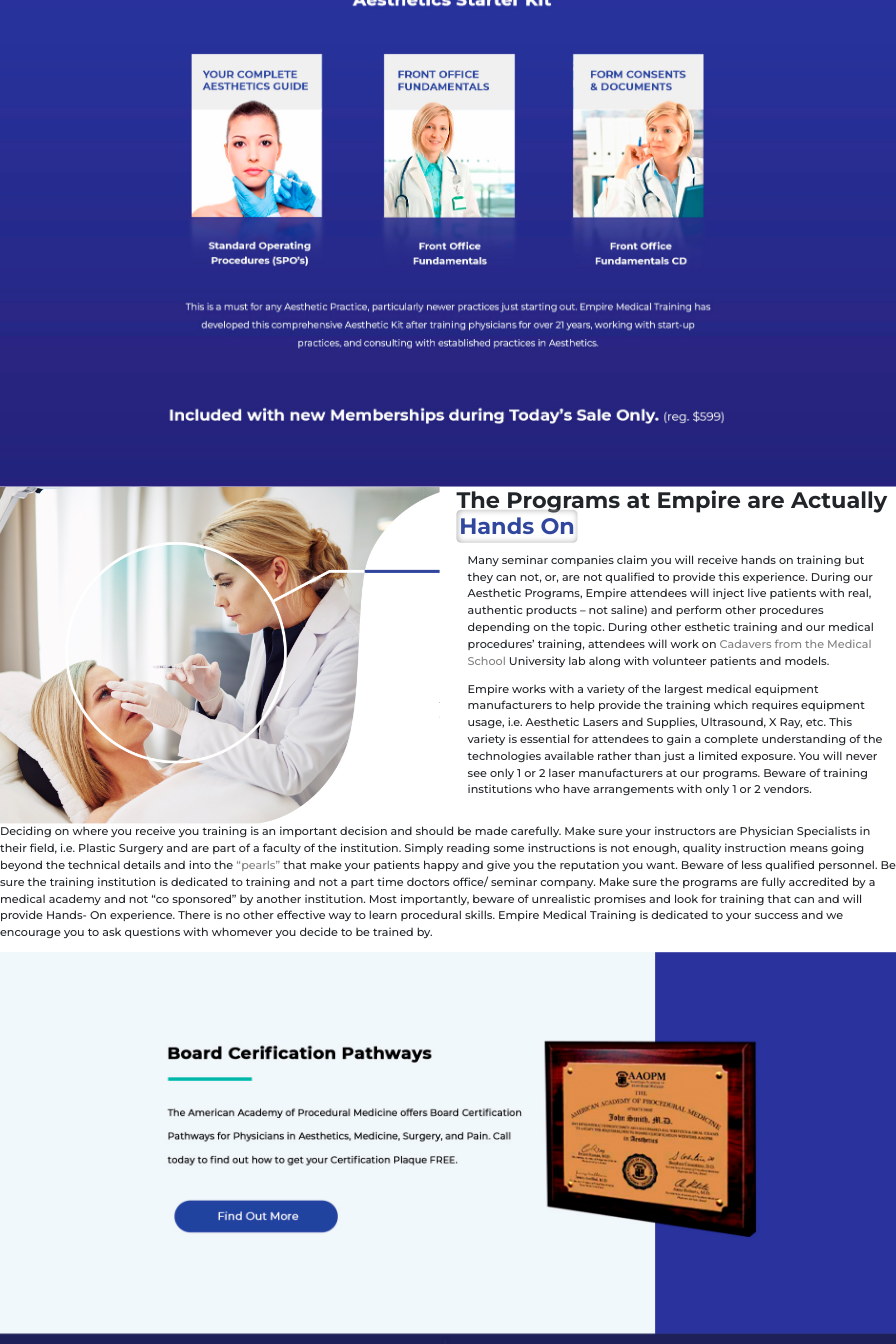
Repository: jorgi710/BODY-CONTOURING-INJECTABLES-AND-ADJUNCT-PROCEDURES
Page: our quarantee/file/public/index.html
An editor plug-in stored every save of this project. The page is shown before and after the next save, followed by the edit.
The browser window is 1280 px wide. The pictures show the part of the page from y = 3246 to 5166 px (the page is 5583 px tall), at 70% of full size.

Above is the page before, as saved 2021-04-07 00:12:24.

### our quarantee/file/public/index.html
<!DOCTYPE html>
<html lang="en">
  <head>
    <meta charset="UTF-8" />
    <meta http-equiv="X-UA-Compatible" content="IE=edge" />
    <meta name="viewport" content="width=device-width, initial-scale=1.0" />
    <title>Page_3</title>

    <link
      href="https://cdn.jsdelivr.net/npm/bootstrap@5.0.0-beta3/dist/css/bootstrap.min.css"
      rel="stylesheet"
      integrity="sha384-eOJMYsd53ii+scO/bJGFsiCZc+5NDVN2yr8+0RDqr0Ql0h+rP48ckxlpbzKgwra6"
      crossorigin="anonymous"
    />
    <link
      href="https://fonts.googleapis.com/css2?family=Montserrat:wght@400;500;600;700&display=swap"
      rel="stylesheet"
    />
    <link rel="stylesheet" href="css/style.css" />
  </head>
  <body>
    <header>
      <div class="container-fluid m-0 p-0">
        <img src="img/header.jpg" alt="navbar" class="img-fluid m-0 p-0" />
      </div>
    </header>
    <main>
      <section class="section_1">
        <div class="container-fluid">
          <div class="fila-1">
            <div class="row">
              <div class="col-sm-12 col-md-6 text-start">
                <div class="content_section_1">
                  <h1 class="bold mb-3 mt-3">The Empire Medical Training</h1>
                  <img src="img/logo_main.jpg" alt="logo" class="logo" />
                  <p class="medium">
                    Empire is the only teaching institution that offers this
                    extraordinary guarantee: After you have completed your
                    training, if you feel you are not comfortable performing the
                    new procedure or if you believe you need additional
                    training, Empire will provide you with a 1-Day Preceptorship
                    (individual training) at one of our Centers of Excellence.
                  </p>
                  <p class="medium">
                    You will work one on one with one of our teaching faculty in
                    their office perfecting the techniques you just learned and
                    reviewing our many medical “Pearls,” priceless tips we have
                    learned through extensive experience and are now passing
                    onto you!
                  </p>
                </div>
              </div>
              <div class="col-md-6 justify-content-end p-0">
                <img
                  src="img/section_1_1_web.jpg"
                  alt=""
                  class="d-none d-md-block img-fluid"
                />
                <img
                  src="img/section_1_1_mobil.jpg"
                  alt=""
                  class="d-md-none img-fluid mobil"
                />
              </div>
            </div>
          </div>

          <div class="fila-2">
            <div class="row">
              <div class="col-sm-12 col-md-6 p-0 mt-3">
                <img
                  src="img/section_1_2_web.jpg"
                  alt="Our difference"
                  class="d-none d-md-block"
                />
                <img
                  src="img/section_1_2_mobil.jpg"
                  alt=""
                  class="d-md-none mobil"
                />
              </div>
              <div class="col-md-6 text-start">
                <h1 class="bold azul mt-4">Our Difference</h1>
                <p class="medium">
                  • Our full time faculty of physicians are available to answer
                  your questions even before you have decided on training- see
                  for yourself, call today and speak with a physician about
                  offering
                  <span class="claro">aesthetics in your practice</span>, or
                  whatever other concerns you may have!
                </p>
                <p class="medium">
                  • Empire Medical Training is the only training institution
                  that offers over 35 different medical and aesthetic
                  <span class="claro">training programs</span>. Since our
                  organization is a full time, dedicated teaching institution,
                  we have the resources and faculty to provide the quality
                  training we have been providing for the past 15 years.
                </p>
                <p class="medium">
                  • Empire provides discounted tuition on
                  <span class="claro">membership plans</span>
                  allowing you to attend all our programs at one low price, over
                  a 2 year period. We also provide a price guarantee that
                  ensures you are registering for a seminar at the lowest price
                  available. At all Empire work- shops, all supplies and
                  medicines are included with your tuition. That includes
                  <span class="claro">Botox Cosmetic</span> and
                  <span class="claro">Dermal Fillers</span> needed for the hands
                  on portion of the training.
                </p>
                <p class="medium">
                  • Learning to perform a procedure may be simple, but becoming
                  successful in your practice requires additional steps. With
                  every program you receive an exhaustive supply of patient
                  forms, consent forms, marketing templates, a comprehensive
                  <span class="claro">Vendor and Resource guide</span> with
                  useful information and necessary tools for your practice.
                </p>
                <p class="medium">
                  • Empire Medical Training and staff are committed to helping
                  you succeed in your practice nad this goes beyond just
                  providing you with the medical protocols to perform a simple
                  procedure. We are not a weekend operation and are available
                  even after our programs have ended. We also provide our
                  students with
                  <span class="claro"> Board Certification</span> from the AAOPM
                  for succesful coursework completion.
                </p>
              </div>
            </div>
          </div>
        </div>
      </section>
      <section class="section_2">
        <div class="panel">
          <img
            src="img/section_2.jpg"
            alt="Meet Our Trusted Faculty"
            class="img-fluid m-0 p-0 d-none d-md-block"
          />
          <img
            src="img/section_2_mobile.jpg"
            alt="Meet Our Trusted Faculty"
            class="img-fluid m-0 p-0 d-md-none mobil"
          />

          <div class="content d-none d-md-block ">
            <h1 class="bold">Meet Our Trusted Faculty</h1>
            <p class="regular">
              Empire Medical Training celebrates
              <span class="bold">15 years</span> of success in training <br />
              <span class="bold">physicians</span> and health care
              <span class="bold">professionals</span>. <br />
              We believe our success is due, in part, to the extra things our
              <br />
              <span class="bold">organization</span> and
              <span class="bold">faculty</span> provide for you.
            </p>
            <button class="btn">
              <h3 class="bold">Meet Faculty</h3>
            </button>
          </div>
        </div>
        <div class="content_mobil d-md-none mobil">
            <h1 class="bold">Meet Our Trusted Faculty</h1>
            <p class="regular">
              Empire Medical Training celebrates
              <span class="bold">15 years</span> of success in training <br />
              <span class="bold">physicians</span> and health care
              <span class="bold">professionals</span>. <br />
              We believe our success is due, in part, to the extra things our
              <br />
              <span class="bold">organization</span> and
              <span class="bold">faculty</span> provide for you.
            </p>
            <button class="btn m-2">
              <h3 class="bold">Meet Faculty</h3>
            </button>
          </div>
        </div>

      </section>
      <section class="section_3 ">
        <div>
          <h1 class="negro bold">
            <span class="azul">Background &</span> Achievements
          </h1>
          <p class="medium ">
            Now a little about Empire Medical Training’s background and
            achievements: Why Empire is committed to excellence:
          </p>
          <p class="medium ">
            Empire Medical Training celebrates our 22nd year of training and we
            remain the #1 medical training and certification CME Medical and
            Aesthetic workshops offered each year, Empire has trained over
            125,000 Physicians, Dentists, Nurses, and other Health Care
            Professionals. With countless
            <span class="claro">testimonials</span> from satisfied attendees, we
            stand behind our programs and provide a complete satisfaction
            guarantee. source worldwide.
          </p>
          <p class="medium ">
            Empire has acquired a distinguished reputation in education and
            serves as a training facility for Allergan (Botox, Juvederm) and
            Medicis (Restylane), along with many of the largest Aesthetic Laser
            Manufacturers. In addition, Empire is proud to have been chosen by
            the Florida Dental Association (FDA) to train their member Dentists
            in Botox Cosmetic and other Aesthetic Procedures.
          </p>
          <p class="medium ">
            At Empire, we believe our success is dependent on you receiving
            quality training and instruction. Empire Medical Training is a
            nationally recognized CME Training Institution for Physicians,
            Dentists, Nurses and other Health Care Professionals.
          </p>
        </div>
        <div class="row">
          <div class="col-sm-12 col-md-6">
            <p class="medium">
              In addition to training at resort hotels, Empire has pioneered the
              first <span class="claro">premier Medical Spa</span> in Fort
              Lauderdale, Florida where physicians can enjoy training on actual
              patients and receive classroom didactic presentations. This
              facility has been designed specifically for training purposes
              utilizing state of the art aesthetic lasers and medical spa
              equipment along with modern classroom facilities and training
              aids. All courses are conducted by Physicians and other
              Specialists in Aesthetics, Pain Management, Surgery, and Medicine.
              Not by less qualified Instructors.
            </p>
            <p class="medium">
              Empire has achieved an outstanding reputation through a
              distinguished faculty of Physician specialists. Your training will
              be conducted by Physicians and other Specialists in Aesthetics,
              Pain Management, Surgery, and Medicine. We believe it is important
              for attendees to be exposed to a faculty of instructors for a more
              complete understanding of the topic, rather than just 1 part time
              physician or nurse instructor like many training companies do.
              Beware of start up seminar companies who employ less qualified
              personnel for your training, or local doctors’ offices with
              impressive web sites looking to supplement their income by
              offering inferior or incomplete training as a side job.
            </p>
          </div>
          <div class="col-sm-12 col-md-6">
            <img
              src="img/section_3_web.jpg"
              alt="background achievements"
              class="d-none d-md-block img-fluid"
            />
            <img
              src="img/section_3_mobil.jpg"
              alt="background achievements"
              class="d-md-none"
            />
          </div>
        </div>
      </section>
      <section class="section_4 mt-2">
        <img src="img/section_4.jpg" alt="aesthetics starter kit" />
      </section>
      <section class="section_5">
        <div class="row">
          <div class="col-sm-12 col-md-6">
            <img
              src="img/section_5_web.jpg"
              alt="empire"
              class="d-none d-md-block"
            />
            <img
              src="img/section_5_mobile.jpg"
              alt="empire"
              class="d-md-none"
            />
          </div>
          <div class="col-md-6">
            <h1 class="bold">
              The Programs at Empire are Actually
              <span class="azul p-1" style="box-shadow: inset 1px 0px 9px 0px #aaa; border-radius: 0.4rem;">Hands On</span>
            </h1>
            <p class="medium">
              Many seminar companies claim you will receive hands on training
              but they can not, or, are not qualified to provide this
              experience. During our Aesthetic Programs, Empire attendees will
              inject live patients with real, authentic products – not saline)
              and perform other procedures depending on the topic. During other
              esthetic training and our medical procedures’ training, attendees
              will work on
              <span class="claro">Cadavers from the Medical School</span>
              University lab along with volunteer patients and models.
            </p>
            <p class="medium">
              Empire works with a variety of the largest medical equipment
              manufacturers to help provide the training which requires
              equipment usage, i.e. Aesthetic Lasers and Supplies, Ultrasound, X
              Ray, etc. This variety is essential for attendees to gain a
              complete understanding of the technologies available rather than
              just a limited exposure. You will never see only 1 or 2 laser
              manufacturers at our programs. Beware of training institutions who
              have arrangements with only 1 or 2 vendors.
            </p>
          </div>
        </div>
        <p class="medium">
          Deciding on where you receive you training is an important decision
          and should be made carefully. Make sure your instructors are Physician
          Specialists in their field, i.e. Plastic Surgery and are part of a
          faculty of the institution. Simply reading some instructions is not
          enough, quality instruction means going beyond the technical details
          and into the <span class="claro">“pearls”</span> that make your
          patients happy and give you the reputation you want. Beware of less
          qualified personnel. Be sure the training institution is dedicated to
          training and not a part time doctors office/ seminar company. Make
          sure the programs are fully accredited by a medical academy and not
          “co sponsored” by another institution. Most importantly, beware of
          unrealistic promises and look for training that can and will provide
          Hands- On experience. There is no other effective way to learn
          procedural skills. Empire Medical Training is dedicated to your
          success and we encourage you to ask questions with whomever you decide
          to be trained by.
        </p>
      </section>
    </main>
    <footer>
      <img src="img/footer.jpg" alt="footer" class="img-fluid" />
    </footer>
  </body>
</html>

### our quarantee/file/public/css/style.css
@import url("https://fonts.googleapis.com/css2?family=Montserrat:wght@400;500;600;500&display=swap");
* {
  box-sizing: border-box;
  font-family: var(--fuente);
}
header,
section {
  overflow-x: hidden;
}
:root {
  --fuente: "Montserrat", cursive;
  --azul: #31469d;
  --clarito: #808080;
  --negro: #000000;
  --regular: 400;
  --medium: 500;
  --semi_bold: 600;
  --bold: 500;
}
.regular {
  font-weight: 400;
}
.medium {
  font-weight: 500;
}
.semi {
  font-weight: 600;
}
.bold {
  font-weight: 700;
}
.azul {
  color: #31469d;
}
.claro {
  color: #808080;
}
.negro {
  color: #000000;
}
header .img {
  width: 100%;
}
/* .section_1 .fila-1 .row .col-md-6 .content_section_1 {
  padding: 4vmin 1vmin;
  padding-bottom: 2vmin;
  padding-left: 12vmin;
} */

/* section_1 */

/* web */
.section_1 .fila-1 .row .col-md-6 .content_section_1 {
  padding: 4vmin 1vmin;
  padding-bottom: 2vmin;
  padding-left: 12vmin;
}
.section_1 .fila-1 .row .col-md-6 img {
  width: 100%;
  height: 100%;
  object-fit: cover;
}
.section_1 .fila-1 .row .col-md-6 h1 {
  font-size: 1.8rem;
}
.section_1 .fila-1 .row .col-md-6 .logo {
  width: 70%;
  padding-left: 10vmin;
}
/* Tablet */
@media screen and (min-width: 780px) and (max-width: 1200px) {
  .section_1 .fila-1 .row .col-md-6 .content_section_1 {
    padding: 4vmin 1vmin;
    padding-bottom: 2vmin;
    padding-left: 12vmin;
  }
  .section_1 .fila-1 .row .col-md-6 h1 {
    font-size: 1.5rem;
  }
  .section_1 .fila-1 .row .col-md-6 img {
    object-fit: cover;
    z-index: 1;
  }
  .section_1 .fila-1 .row .col-md-6 .logo {
    width: 70%;
    padding-left: 10vmin;
  }
}
/* Mobile */
@media screen and (min-width: 0) and (max-width: 760px) {
  .section_1 .fila-1 .row .col-md-6 .content_section_1 {
    padding: 0;
    box-shadow: 1px 2px 9px 6px #aaa;
  }
  .section_1 .fila-1 .row .col-md-6 h1 {
    font-size: 1.8rem;
    text-align: center;
  }
  .section_1 .fila-1 .row .col-md-6 .mobil {
    box-shadow: -2px 1px 13px 6px #aaa;
  }
  .section_1 .fila-1 .row .col-md-6 .logo {
    width: 76%;
    padding-left: 22vmin;
  }
  .section_1 .fila-1 .row .col-md-6 p {
    font-size: 1rem;
    text-align: justify;
    padding: 4px 5px;
  }
}
/* section_1_Part_2 */

/* web */
.section_1 .fila-2 .row .col-md-6 img {
  width: 100%;
  height: 100%;
  object-fit: none;
}
.section_1 .fila-1 .row .col-md-6 h1 {
  font-size: 1.8rem;
}
/* Tablet */
@media screen and (min-width: 780px) and (max-width: 1200px) {
  .section_1 .fila-2 .row .col-md-6 h1 {
    font-size: 1.5rem;
  }
  .section_1 .fila-2 .row .col-md-6 img {
    object-fit: cover;
    box-shadow: -2px 1px 13px 6px #31469d;
    border-radius: 1rem;
  }
}
/* Mobile */
@media screen and (min-width: 0) and (max-width: 760px) {
  .section_1 .fila-1 .row .col-md-6 .content_section_1 {
    padding: 0;
    box-shadow: 1px 2px 9px 6px #aaa;
  }
  .section_1 .fila-2 .row .col-md-6 h1 {
    font-size: 2rem;
    text-align: center;
  }
  .section_1 .fila-2 .row .col-md-6 .mobil {
    box-shadow: -2px 1px 13px 6px #bac6f8;
    object-fit: cover;
  }
  .section_1 .fila-2 .row .col-md-6 p {
    font-size: 1rem;
    text-align: justify;
    padding: 4px 5px;
    box-shadow: -2px 1px 13px 6px #ccd6fc;
    border-radius: 0.5rem;
  }
}
/* section_2 */
/* web */
.section_2 .panel {
  position: relative;
}
.section_2 .content h1 {
  font-size: 1.5rem;
}
.section_2 .content p {
  font-size: 0.8rem;
}
.section_2 .content h3 {
  font-size: 1rem;
}
.section_2 .content {
  position: absolute;
  color: white;
  top: 38px;
  right: 593px;
}
.section_2 .content button {
  background-color: white;
  border-radius: 1.5rem;
  box-shadow: -4px 3px 13px 0px blue;
  color: #31469d;
  font-weight: 700;
}
/* Tablet */
@media screen and (min-width: 780px) and (max-width: 1200px) {
  .section_2 .panel {
    position: relative;
  }
  .section_2 .content h1 {
    font-size: 1.5rem;
  }
  .section_2 .content p {
    font-size: 0.5rem;
  }
  .section_2 .content h3 {
    font-size: 1rem;
  }
  .section_2 .content {
    position: absolute;
    color: white;
    top: 34px;
  }
  .section_2 .content button {
    background-color: white;
    border-radius: 1.5rem;
    box-shadow: -4px 3px 13px 0px blue;
    color: #31469d;
    font-weight: 700;
  }
}
/* Mobile */
@media screen and (min-width: 0) and (max-width: 760px) {
  .section_2 .content_mobil {
    background-color: #31469d;
    color: white;
    text-align: center;
  }
  .section_2 .content_mobil button {
    background-color: white;
    border-radius: 1.5rem;
    box-shadow: -4px 3px 13px 0px blue;
    color: #31469d;
    font-weight: 700;
  }
  .section_2 .content_mobil p {
    font-size: 0.5rem;
  }
  .section_2 .content_mobil h3 {
    font-size: 1rem;
  }
  .section_2 .content_mobil h1 {
    font-size: 1rem;
  }
}
/* section_3_Part_1*/

/* web */
.section_3 h1 {
  font-size: 3rem;
  text-align: center;
  margin: 2rem 0;
  padding: 0.5rem 0;
  box-shadow: -2px 1px 13px 6px #ccd6fc;
  border-radius: 0.5rem;
}
.section_3 p {
  font-size: 1rem;
  padding: 0 1rem;
}
/* Mobile */
@media screen and (min-width: 0) and (max-width: 760px) {
  .section_3 h1 {
    font-size: 1.4rem;
    text-align: center;
    margin: 2rem 0;
    padding: 0.5rem 0;
    box-shadow: -2px 1px 13px 6px #ccd6fc;
    border-radius: 0.5rem;
  }
  .section_3 p {
    font-size: 1rem;
    padding: 0 1rem;
    text-align: justify;
  }
}
/* section_3_Part_2*/
/* web */
.section_3 .row .col-md-6 {
  background-color: #eff3f8;
}
.section_3 .row .col-md-6 p {
  font-size: 1rem;
  text-align: start;
  margin: 2rem 2rem;
  padding: 0.5rem 0;
  box-shadow: -2px 1px 13px 6px #eff3f8;
  border-radius: 0.5rem;
}
.section_3 .row .col-md-6 img {
  width: 100%;
  height: 100%;
}

/* Tablet */
@media screen and (min-width: 780px) and (max-width: 1200px) {
  .section_3 .row .col-md-6 {
    background-color: #eff3f8;
  }
  .section_3 .row .col-md-6 p {
    font-size: 1rem;
    text-align: start;
    margin: 2rem 2rem;
    padding: 0.5rem 0;
    box-shadow: -2px 1px 13px 6px #eff3f8;
    border-radius: 0.5rem;
  }
  .section_3 .row .col-md-6 img {
    box-shadow: -2px 1px 13px 6px #bac6f8;
    object-fit: cover;
  }
}

/* Mobile */
@media screen and (min-width: 0) and (max-width: 760px) {
  .section_3 .row .col-md-6 {
    background-color: white;
  }
  .section_3 .row .col-md-6 p {
    font-size: 1rem;
    text-align: start;
    padding: 0.2rem;
    box-shadow: -2px 1px 13px 6px #eff3f8;
    border-radius: 0.5rem;
  }
  .section_3 .row .col-md-6 img {
    box-shadow: -2px 1px 13px 6px #31469d;
    object-fit: cover;
  }
}
/* section_4*/
.section_4 img {
  width: 100%;
  box-shadow: -2px 1px 13px 6px #31469d;
}
/* section_5*/
/* web */
.section_5 .row .col-md-6 img {
  width: 100%;
  height: 100%;
}
.section_5 .row .col-md-6 h1 {
  font-size: 2rem;
}

/* Tablet */
@media screen and (min-width: 780px) and (max-width: 1200px) {
  .section_5 .row .col-md-6 img {
    width: 100%;
    height: 100%;
    object-fit: cover;
  }
}
/* Mobile */
@media screen and (min-width: 0) and (max-width: 760px) {
  .section_5 .row .col-md-6 img {
    width: 100%;
    height: 100%;
    object-fit: cover;
  }
  .section_5 .row .col-md-6 h1 {
    font-size: 1.5rem;
    margin: 1rem 0;
    padding: 0 1rem;
    align-items: center;
  }
  .section_5 .row .col-md-6 p {
    font-size: 1rem;
    margin: 1rem 0;
    padding: 0 1rem;
    align-items: center;
  }
}
/* section_5_parte_2*/
.section_5 .row .col-md-6 p {
  font-size: 1rem;
  margin: 1rem 0;
  padding: 0 1rem;
  align-items: center;
}

After the next save:
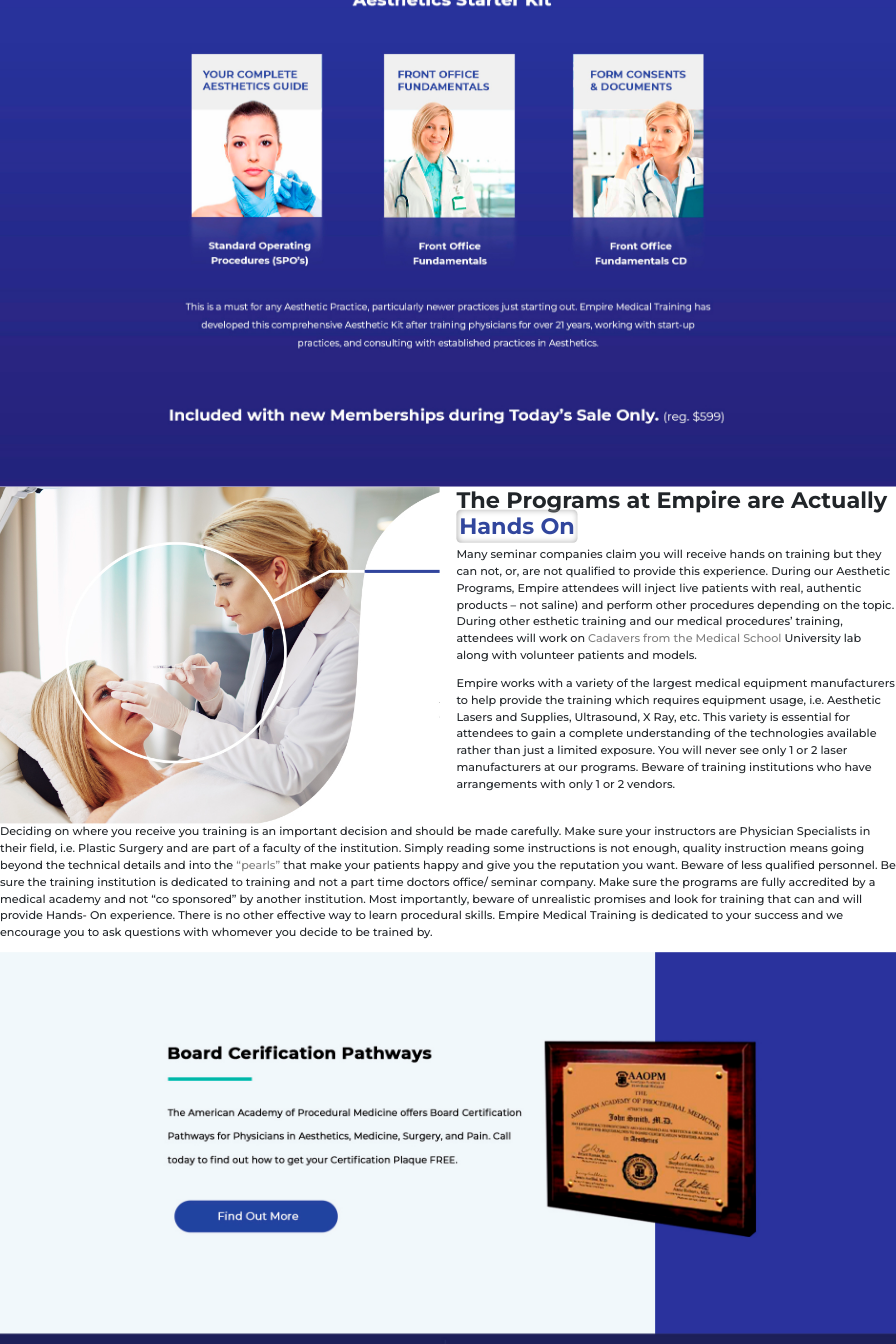
Saved 33 s later.
--- a/our quarantee/file/public/css/style.css
+++ b/our quarantee/file/public/css/style.css
@@ -360,7 +360,7 @@
   }
 }
 /* section_5_parte_2*/
-.section_5 .row .col-md-6 p {
+.section_5 .row .col-md-6 .last_parrafo {
   font-size: 1rem;
   margin: 1rem 0;
   padding: 0 1rem;
